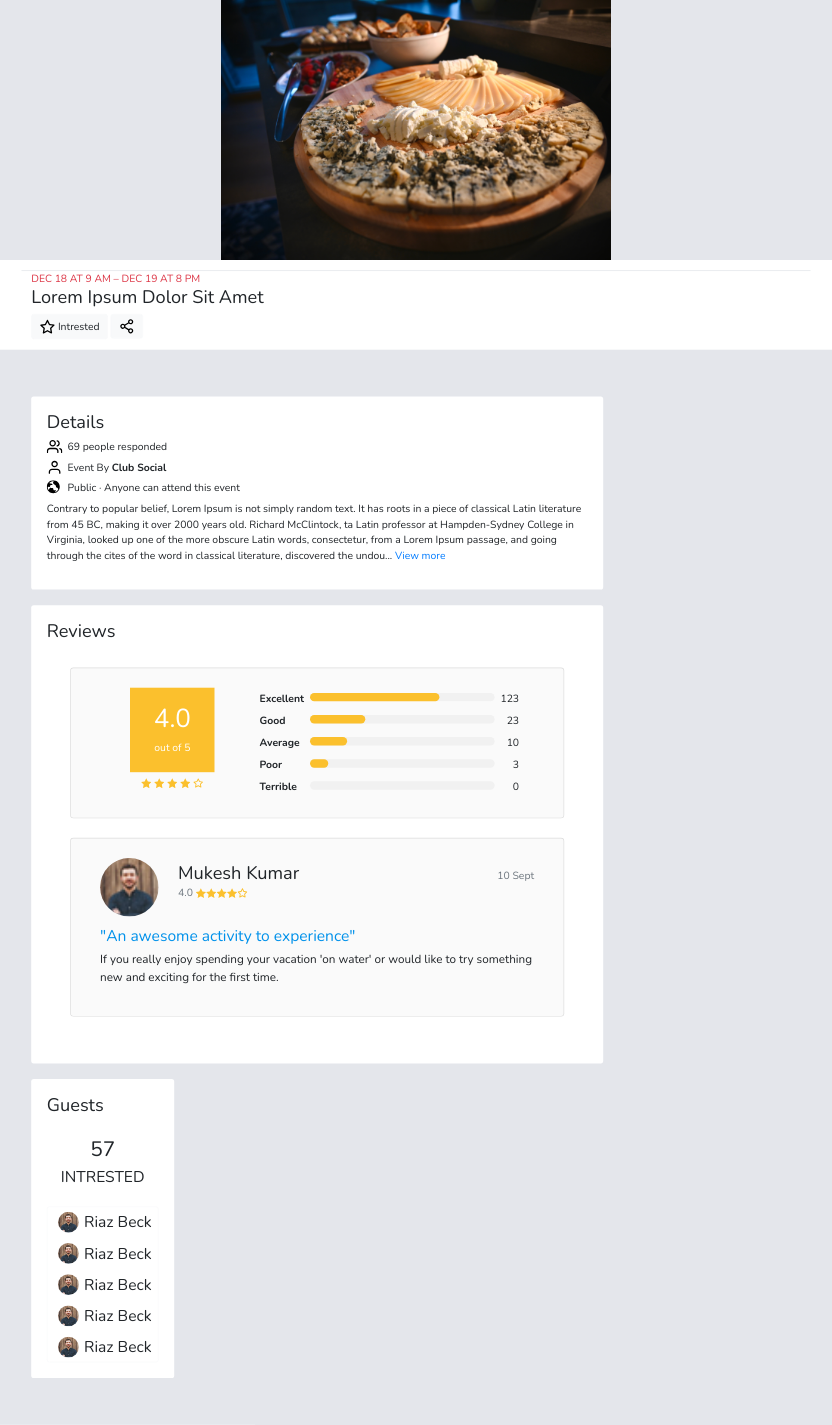
Repository: iamrachid/ensaevents
Page: event.html
These files come from the project's save history. The page is drawn as it stood at one moment and after the next save; the edit follows.
The browser window is 1280 px wide. The pictures show the whole page, at 65% of full size.

Above is the page before, as saved 2021-11-25 18:12:22.

After the next save:
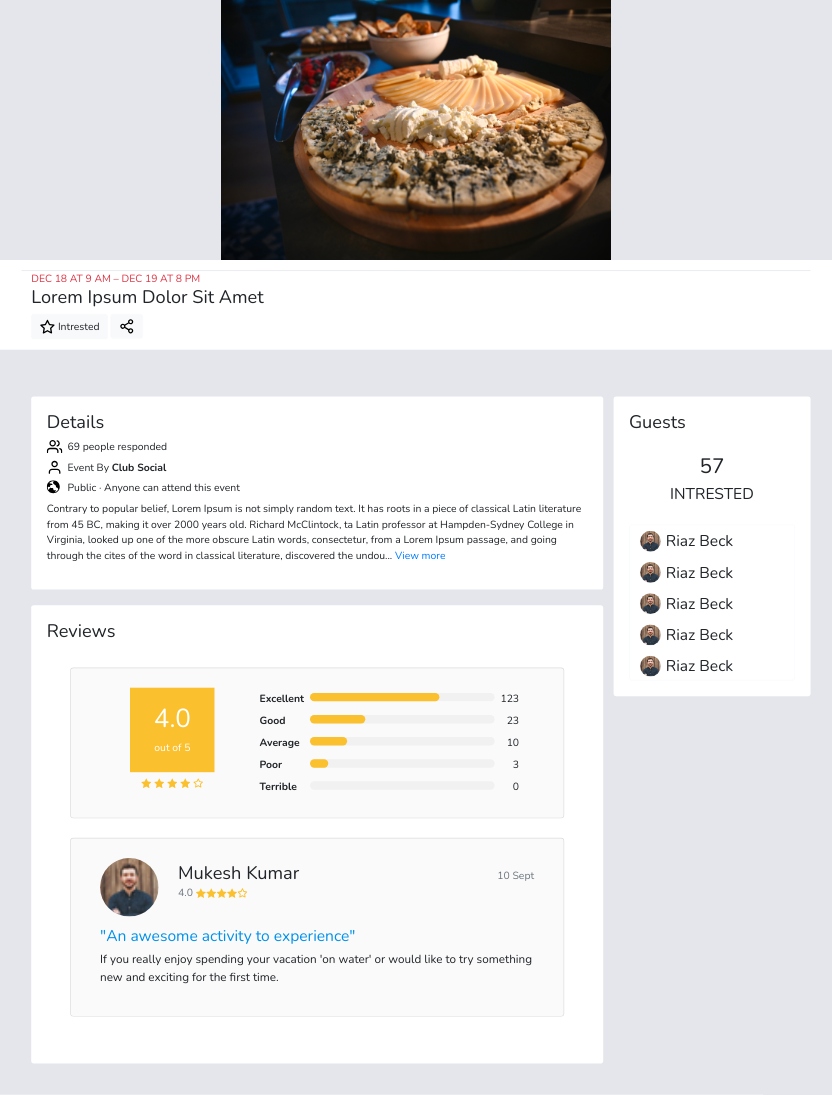
Saved 103 s later.
--- a/event.html
+++ b/event.html
@@ -224,76 +224,76 @@
                                 </div>
                             </div>
                         </div>
-
-
-
-
-                    </div>
-                </div>
-                <div class=" px-4 px-md-0 py-4 col-md-4 col-lg-3  col-sm-12 ">
-                    <div class="bg-white  p-4 mt-4 mt-md-0 rounded">
-                        <h3>Guests</h3>
-                        <div class="d-flex  justify-content-center py-4">
-                            <div class="d-flex flex-column align-items-center">
-                                <h2 cla>57</h2>
-                                <h4 class="text-uppercase">Intrested</h4>
-                            </div>
-
-                        </div>
-                        <div class="overflow-auto border-light border rounded users px-2">
-                            <div class="user d-flex align-items-center">
-                                <img class="user-img m-2" src="assets/img/user.png" />
-                                <span class="user-name">Riaz Beck</span>
-                            </div>
-                            <div class="user d-flex align-items-center">
-                                <img class="user-img m-2" src="assets/img/user.png" />
-                                <span class="user-name">Riaz Beck</span>
-                            </div>
-                            <div class="user d-flex align-items-center">
-                                <img class="user-img m-2" src="assets/img/user.png" />
-                                <span class="user-name">Riaz Beck</span>
-                            </div>
-                            <div class="user d-flex align-items-center">
-                                <img class="user-img m-2" src="assets/img/user.png" />
-                                <span class="user-name">Riaz Beck</span>
-                            </div>
-                            <div class="user d-flex align-items-center">
-                                <img class="user-img m-2" src="assets/img/user.png" />
-                                <span class="user-name">Riaz Beck</span>
-                            </div>
-                            <div class="user d-flex align-items-center">
-                                <img class="user-img m-2" src="assets/img/user.png" />
-                                <span class="user-name">Riaz Beck</span>
-                            </div>
-                            <div class="user d-flex align-items-center">
-                                <img class="user-img m-2" src="assets/img/user.png" />
-                                <span class="user-name">Riaz Beck</span>
-                            </div>
-                            <div class="user d-flex align-items-center">
-                                <img class="user-img m-2" src="assets/img/user.png" />
-                                <span class="user-name">Riaz Beck</span>
-                            </div>
-                            <div class="user d-flex align-items-center">
-                                <img class="user-img m-2" src="assets/img/user.png" />
-                                <span class="user-name">Riaz Beck</span>
-                            </div>
-                            <div class="user d-flex align-items-center">
-                                <img class="user-img m-2" src="assets/img/user.png" />
-                                <span class="user-name">Riaz Beck</span>
-                            </div>
-                        </div>
-                    </div>
+                    </div>
+
+
+
                 </div>
             </div>
-            <script src="js/jquery-3.6.0.js">
-            </script>
-            <!-- Bootstrap -->
-            <script src="js/bootstrap.js"></script>
-            <!-- Swiper JS -->
-            <script src="js/swiper-bundle.min.js"></script>
-
-            <!-- Main script -->
-            <script src="js/script.js"></script>
+            <div class=" px-4 px-md-0 py-4 col-md-4 col-lg-3  col-sm-12 ">
+                <div class="bg-white  p-4 mt-4 mt-md-0 rounded">
+                    <h3>Guests</h3>
+                    <div class="d-flex  justify-content-center py-4">
+                        <div class="d-flex flex-column align-items-center">
+                            <h2 cla>57</h2>
+                            <h4 class="text-uppercase">Intrested</h4>
+                        </div>
+
+                    </div>
+                    <div class="overflow-auto border-light border rounded users px-2">
+                        <div class="user d-flex align-items-center">
+                            <img class="user-img m-2" src="assets/img/user.png" />
+                            <span class="user-name">Riaz Beck</span>
+                        </div>
+                        <div class="user d-flex align-items-center">
+                            <img class="user-img m-2" src="assets/img/user.png" />
+                            <span class="user-name">Riaz Beck</span>
+                        </div>
+                        <div class="user d-flex align-items-center">
+                            <img class="user-img m-2" src="assets/img/user.png" />
+                            <span class="user-name">Riaz Beck</span>
+                        </div>
+                        <div class="user d-flex align-items-center">
+                            <img class="user-img m-2" src="assets/img/user.png" />
+                            <span class="user-name">Riaz Beck</span>
+                        </div>
+                        <div class="user d-flex align-items-center">
+                            <img class="user-img m-2" src="assets/img/user.png" />
+                            <span class="user-name">Riaz Beck</span>
+                        </div>
+                        <div class="user d-flex align-items-center">
+                            <img class="user-img m-2" src="assets/img/user.png" />
+                            <span class="user-name">Riaz Beck</span>
+                        </div>
+                        <div class="user d-flex align-items-center">
+                            <img class="user-img m-2" src="assets/img/user.png" />
+                            <span class="user-name">Riaz Beck</span>
+                        </div>
+                        <div class="user d-flex align-items-center">
+                            <img class="user-img m-2" src="assets/img/user.png" />
+                            <span class="user-name">Riaz Beck</span>
+                        </div>
+                        <div class="user d-flex align-items-center">
+                            <img class="user-img m-2" src="assets/img/user.png" />
+                            <span class="user-name">Riaz Beck</span>
+                        </div>
+                        <div class="user d-flex align-items-center">
+                            <img class="user-img m-2" src="assets/img/user.png" />
+                            <span class="user-name">Riaz Beck</span>
+                        </div>
+                    </div>
+                </div>
+            </div>
+        </div>
+        <script src="js/jquery-3.6.0.js">
+        </script>
+        <!-- Bootstrap -->
+        <script src="js/bootstrap.js"></script>
+        <!-- Swiper JS -->
+        <script src="js/swiper-bundle.min.js"></script>
+
+        <!-- Main script -->
+        <script src="js/script.js"></script>
 
 </body>
 
